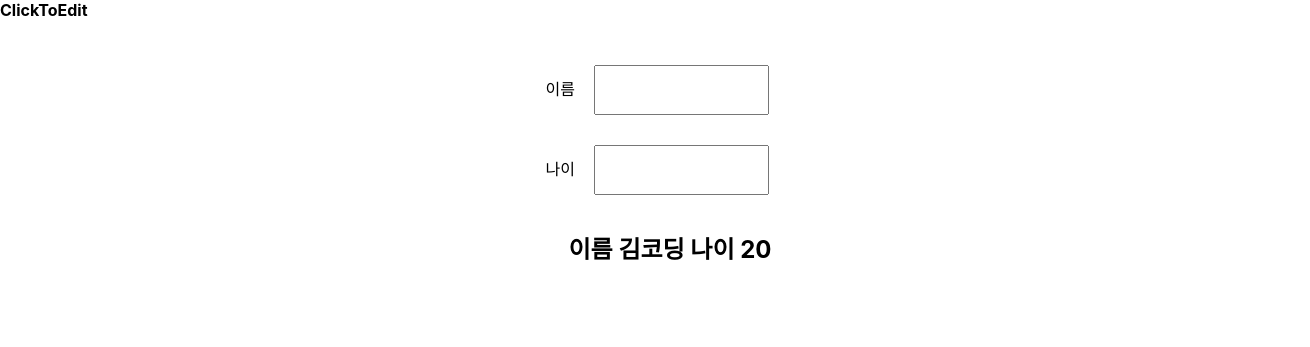
Repository: janghwahyun/wanted_pre_onboarding
Page: /ClickToEdit
These files come from the project's save history. The page is drawn as it stood at one moment and after the next save; the edit follows.
The browser window is 1280 px wide. The page is 1310 px wide, so the pictures cover 1310 px, including what lies to the right of the window. The pictures show the whole page.
The project was rebuilt for these pictures with package versions that can differ from the ones it lists, and the page was loaded fresh each time. Also part of the build but not shown: src/component/AutoComplete.js, src/component/Modal.js, src/component/Tab.js, src/component/Toggle.js.

Above is the page before, as saved 2022-02-11 12:41:10.

### src/App.js
import ClickToEdit from './component/ClickToEdit';
import AutoComplete from './component/AutoComplete';
import Modal from './component/Modal';
import Tab from './component/Tab';
import Toggle from './component/Toggle';

import './App.css';
import { BrowserRouter, Routes, Route } from 'react-router-dom';

function App() {
  return (
    <BrowserRouter>
      <Routes>
        <Route path="/" element={<App />} />
        <Route path="/ClickToEdit" element={<ClickToEdit />} />
        <Route path="/AutoComplete" element={<AutoComplete />} />
        <Route path="/Modal" element={<Modal />} />
        <Route path="/Tab" element={<Tab />} />
        <Route path="/Toggle" element={<Toggle />} />
      </Routes>
    </BrowserRouter>
  );
}

export default App;

### src/component/ClickToEdit.js
import React, { useState } from 'react';
import styled from 'styled-components';

const ClickToEdit = () => {
  const [name, setName] = useState('김코딩');
  const [age, setAge] = useState('20');

  return (
    <>
      <strong>ClickToEdit</strong>
      <Form>
        <div>
          이름 <Input onChange={e => setName(e.target.value)}></Input>
        </div>
        <div>
          나이 <Input onChange={e => setAge(e.target.value)}></Input>
        </div>
        <h2>
          이름 {name} 나이 {age}
        </h2>
      </Form>
    </>
  );
};
const Form = styled.div`
  width: 100%;
  height: 30%;
  display: flex;
  justify-content: center;
  align-items: center;
  flex-direction: column;
  margin: 30px;
`;

const Input = styled.input`
  width: 70%;
  height: 50px;

  margin: 15px;

  justify-content: center;
  align-items: center;
`;

export default ClickToEdit;

### src/App.css
* {
  box-sizing: border-box;
}

.App {
  width: 100%;
  height: 100vh;
  display: flex;
  justify-content: center;
  align-items: center;
}

Loaded but not shown: public/index.html (common file); src/index.js (common file); src/index.css (common file); src/reportWebVitals.js (common file)

After the next save:
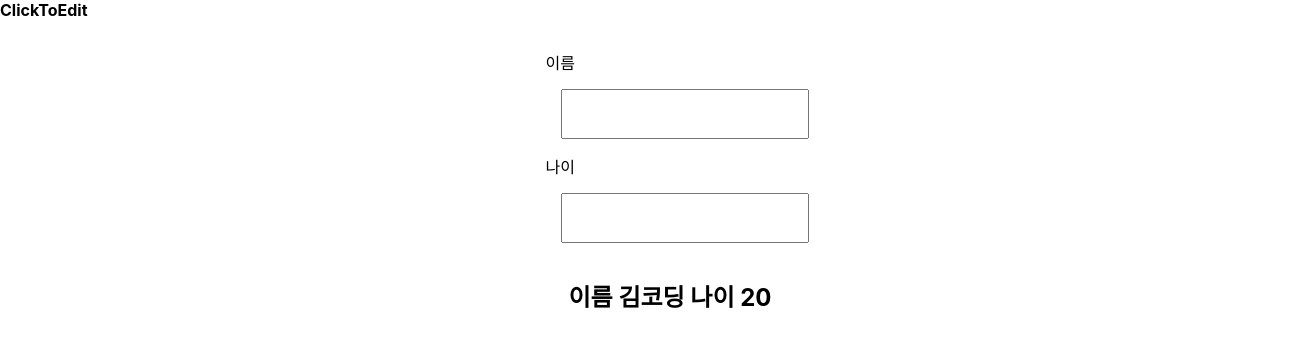
Saved 4 s later.
--- a/src/component/ClickToEdit.js
+++ b/src/component/ClickToEdit.js
@@ -33,7 +33,7 @@ const Form = styled.div`
 `;
 
 const Input = styled.input`
-  width: 70%;
+  width: 100%;
   height: 50px;
 
   margin: 15px;
